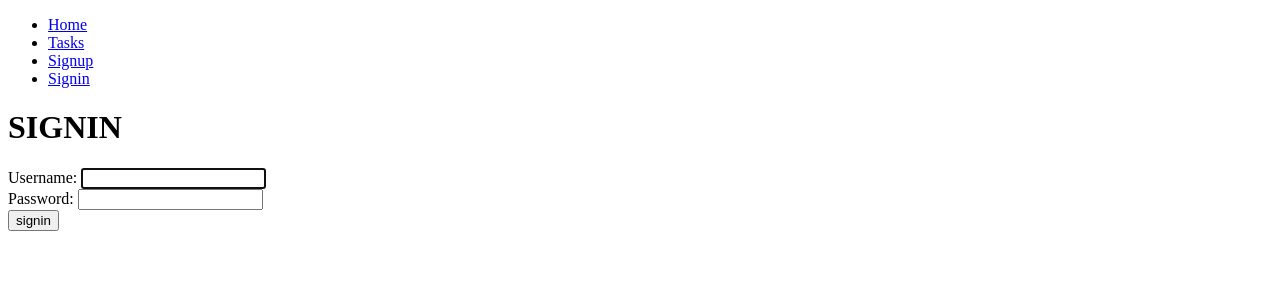
Repository: Andres250602/auth.django
Page: http://localhost/signin/
These files come from the project's save history. The page is drawn as it stood at one moment and after the next save; the edit follows.
The browser window is 1280 px wide. The pictures show the whole page.
The page is served by the project's application, run on Django 5.2 (manage.py).

Above is the page before, as saved 2024-04-11 10:35:55.

After the next save:
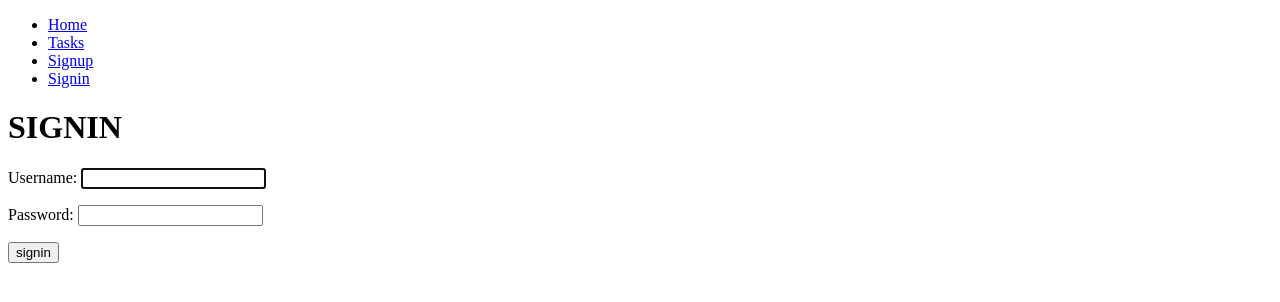
Saved 27 s later.
--- a/myapp/templates/signin.html
+++ b/myapp/templates/signin.html
@@ -4,7 +4,7 @@
 <h1>SIGNIN</h1>
 <form action="/signin/" method="POST">
     {%csrf_token%}
-    {{form}}
+    {{form.as_p}}
     <button>
         signin
     </button>
